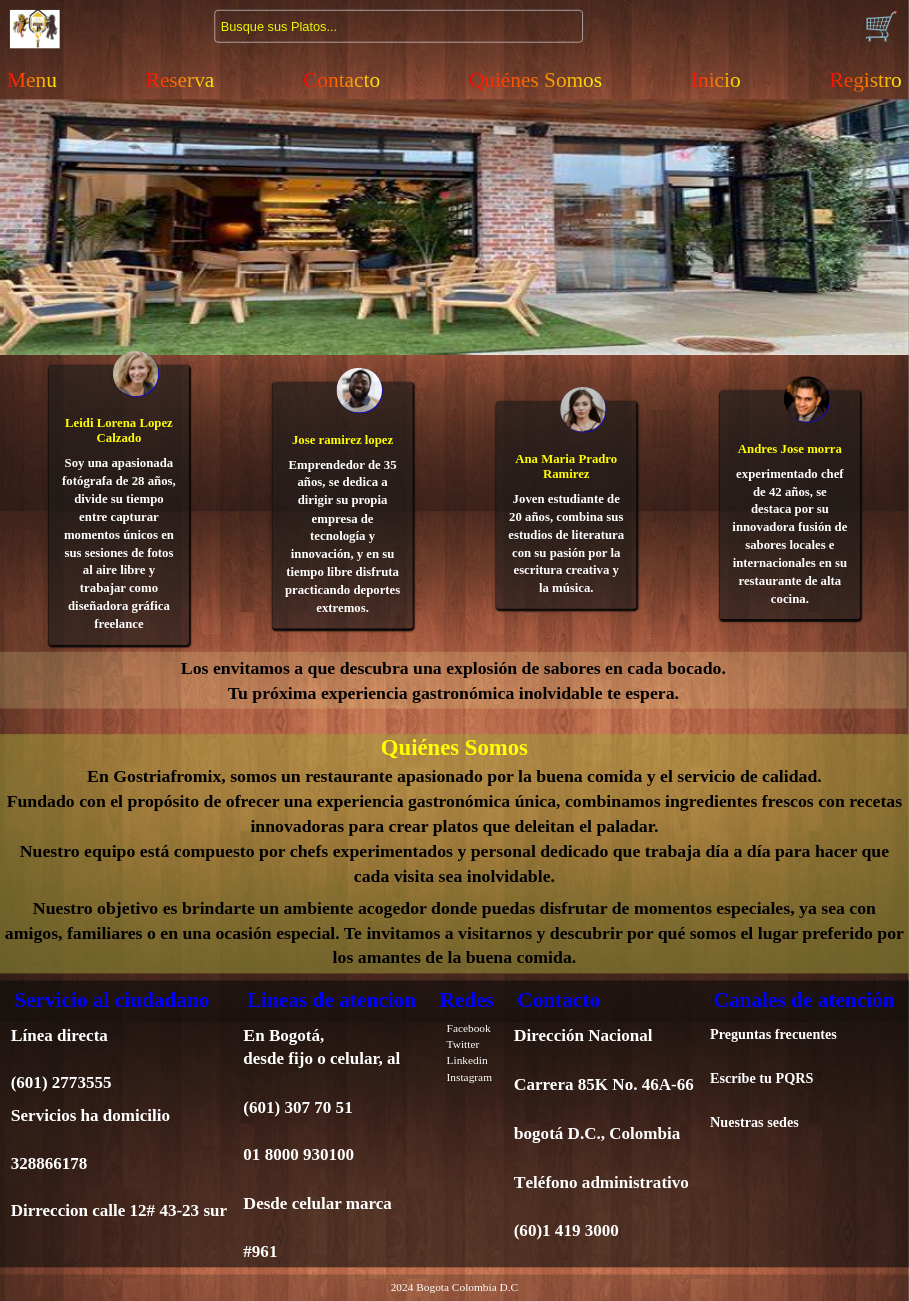
Repository: ye909/app_restaurante
Page: index.html
An editor plug-in stored every save of this project. The page is shown before and after the next save, followed by the edit.
The browser window is 1280 px wide. The pictures show the whole page, at 71% of full size.
Backgrounds fixed to the window are drawn as part of the page.

Above is the page before, as saved 2025-01-12 11:14:37.
Console error: ReferenceError: menuItems is not defined

After the next save:
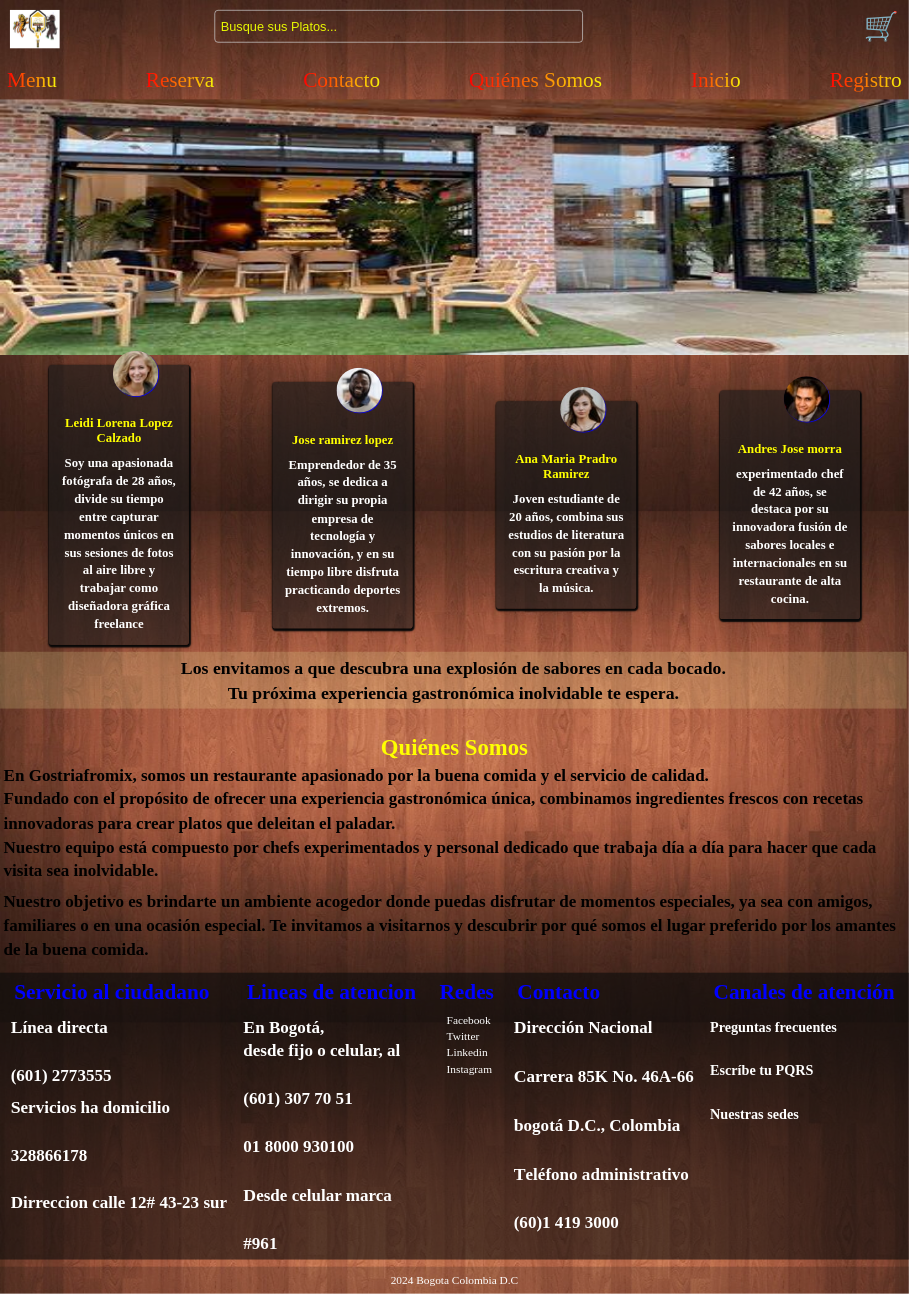
Saved 2 min 20 s later.
--- a/css/footer.css
+++ b/css/footer.css
@@ -15,13 +15,7 @@ p {
 span {
   font-size: 25px;
 }
-.quienes_somos {
-  background:rgba(161, 161, 59, 0.5);
-}
-.quienes_somos p{
-  text-align: center;
-font-size: 25px;
-}
+
 :is(.container_final) {
   display: flex;
   justify-content: center;
